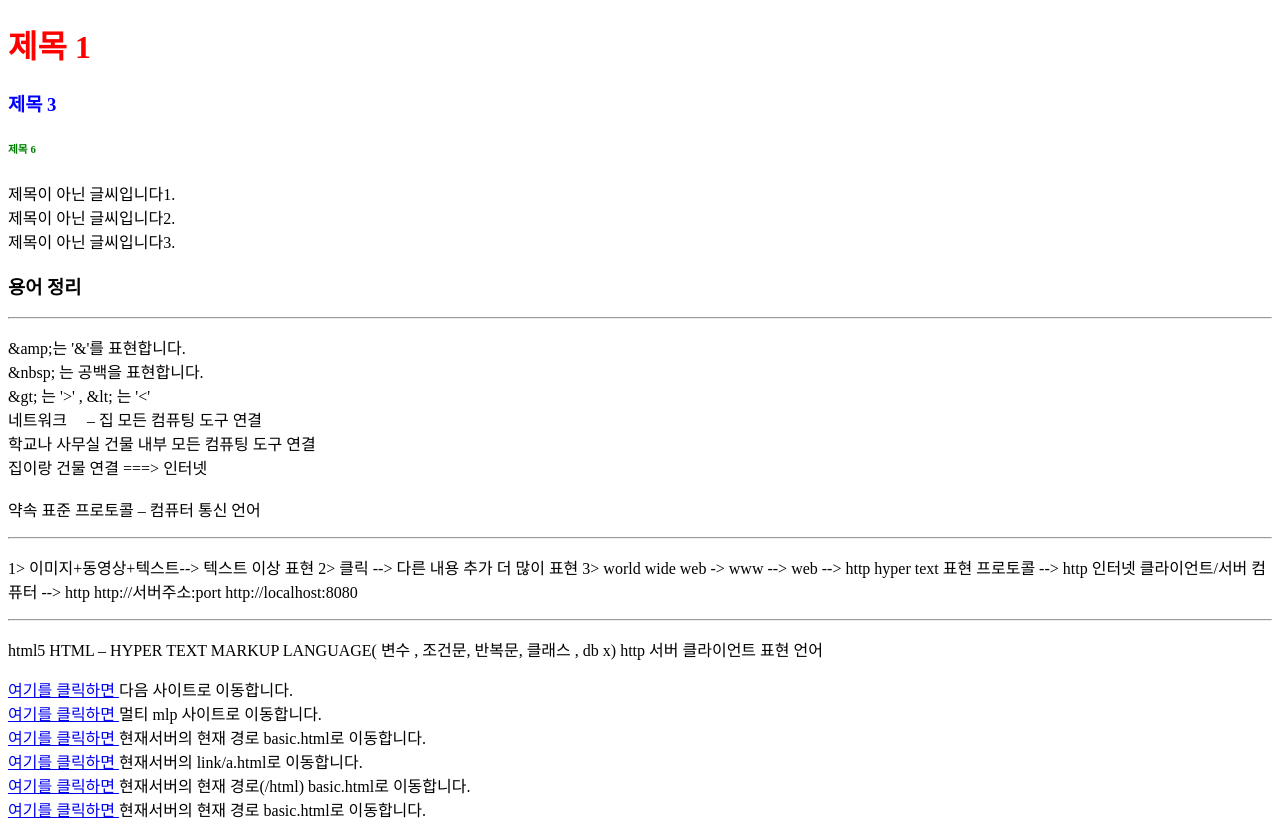
Repository: younseochoi/AI_PLATFORM
Page: my_code/03_web/html/src/main/webapp/test.html
These files come from the project's save history. The page is drawn as it stood at one moment and after a run of saves; the edit follows.
The browser window is 1280 px wide. The pictures show the whole page.

Above is the page before, as saved 2022-07-21 05:30:05.

### my_code/03_web/html/src/main/webapp/test.html
<!DOCTYPE html> <!-- html5 사용할거야! html5 버전 추가 기능 쓸거야 -->
<html>
<head>
<!--안드로이드나 패드브라우저 basic.html 결과   -->
<meta charset="UTF-8">
<title>제목입니다.</title>
</head>
<body>
<!--
1. 주석처리
2. html모든 작성은 대소문자 구분하지 않음
	java(구분) ,sql, html (미구분)
3. <태그(역할)시작> 내용 </태그 종료>
4. style : 속성 이름 / color = red : 속성값 '속성값' "속성값" -> 다 가능

 -->
<h1 style = "color:red" id="first">제목 1</h1>
<h3 style = color:blue>제목 3</h3>
<h6 style = 'color:green'>제목 6</h6>
제목이 아닌 글씨입니다1.<br>
제목이 아닌 글씨입니다2. <br>
제목이 아닌 글씨입니다3.<br>

<!-- html+css 역할, 문법 + javascript 언어  -->
<!-- <script>alert("확인하세요!"); /* 대소문자 구문 */  </script> -->
<h3>용어 정리</h3>
<hr>
<p>
&amp;amp;는 '&'를 표현합니다.<br>
&amp;nbsp; 는 공백을 표현합니다.<br>
&amp;gt; 는 '>'  , &amp;lt; 는 '<' <br>
네트워크 &nbsp;&nbsp;&nbsp; – 집 모든 컴퓨팅 도구 연결 <br>
              학교나 사무실 건물 내부 모든 컴퓨팅 도구 연결<br>
집이랑 건물 연결 ===> 인터넷
<br><br>
약속 표준 프로토콜 – 컴퓨터 통신 언어
</p>
<hr>
<p>
1> 이미지+동영상+텍스트--> 텍스트 이상 표현
2> 클릭 --> 다른 내용 추가 더 많이 표현
3> world wide web -> www --> web --> http
hyper text 표현 프로토콜 --> http
인터넷 클라이언트/서버 컴퓨터 --> http
http://서버주소:port
 http://localhost:8080</p>
 <hr>
<p>html5
HTML – HYPER TEXT MARKUP LANGUAGE( 변수 , 조건문, 반복문, 클래스 , db x)
http  서버 클라이언트 표현 언어</p>
<a href="http://www.daum.net">여기를 클릭하면 </a>다음 사이트로 이동합니다. <br>
<a href="https://lc.multicampus.com/kdt2020s/#/login">여기를 클릭하면 </a> 멀티 mlp 사이트로 이동합니다. <br>
<a href="basic.html">여기를 클릭하면 </a> 현재서버의 현재 경로 basic.html로 이동합니다. <br>
<a href="link/a.html">여기를 클릭하면 </a> 현재서버의 link/a.html로 이동합니다. <br>
<a href="http://localhost:8080/html/basic.html">여기를 클릭하면 </a> 현재서버의 현재 경로(/html) basic.html로 이동합니다. <br>
<a href="/html/basic.html">여기를 클릭하면 </a> 현재서버의 현재 경로 basic.html로 이동합니다. <br>

<!--
href ="url"
절대 url --http :(전체 url 설정)
상대 url --기준 파일, 기준 경로 url 설정
		현재파일 기준 -(http://localhost:8080/html/)"b.html"
		현재서버 기준 - (http://localhost:8080)"/html/b.html"

 -->






</body>
</html>

After the next 2 saves:
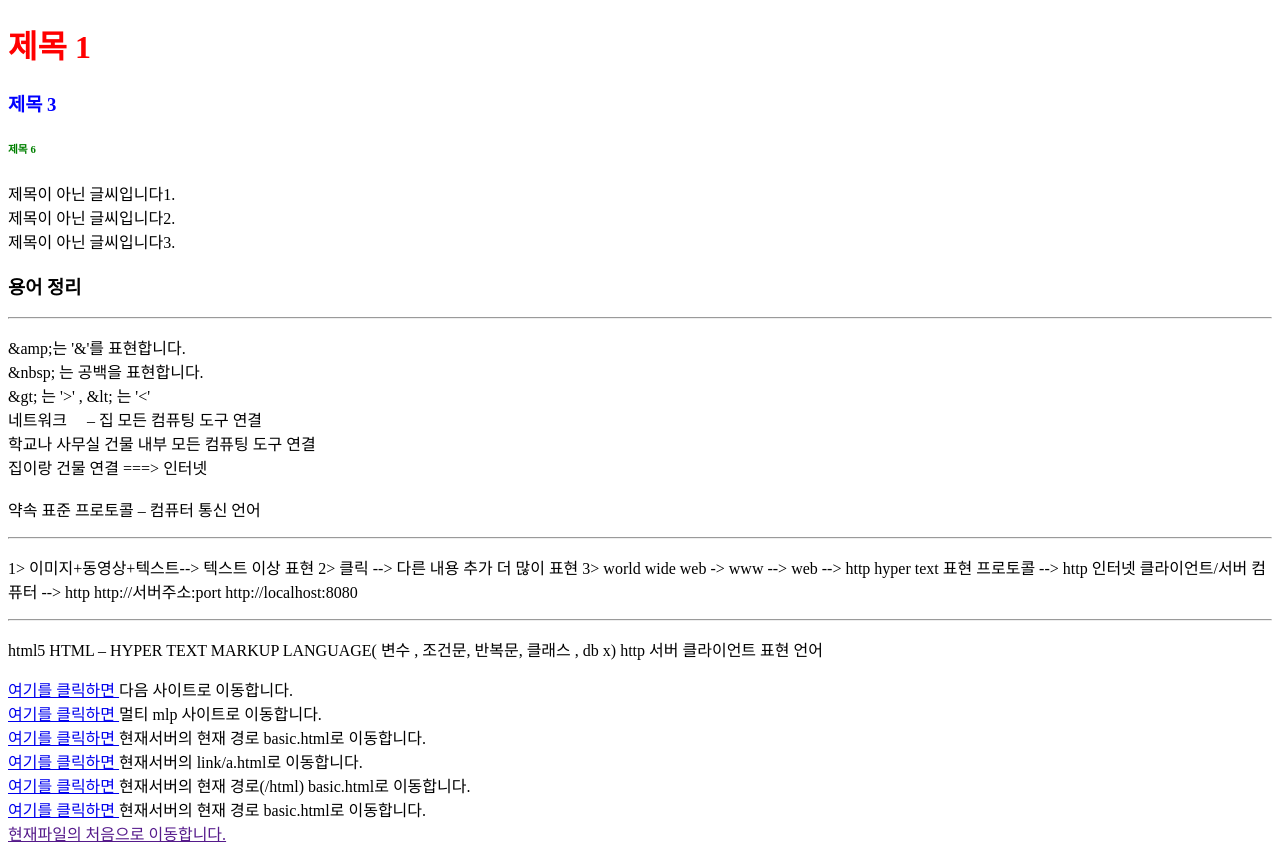
The 2 saves are shown as one change because they came seconds apart.
The last was saved 50 s later.
--- a/my_code/03_web/html/src/main/webapp/test.html
+++ b/my_code/03_web/html/src/main/webapp/test.html
@@ -55,6 +55,7 @@ http  서버 클라이언트 표현 언어</p>
 <a href="http://localhost:8080/html/basic.html">여기를 클릭하면 </a> 현재서버의 현재 경로(/html) basic.html로 이동합니다. <br>
 <a href="/html/basic.html">여기를 클릭하면 </a> 현재서버의 현재 경로 basic.html로 이동합니다. <br>
 
+<a href="">현재파일의 처음으로 이동합니다.</a>
 <!--
 href ="url"
 절대 url --http :(전체 url 설정)
